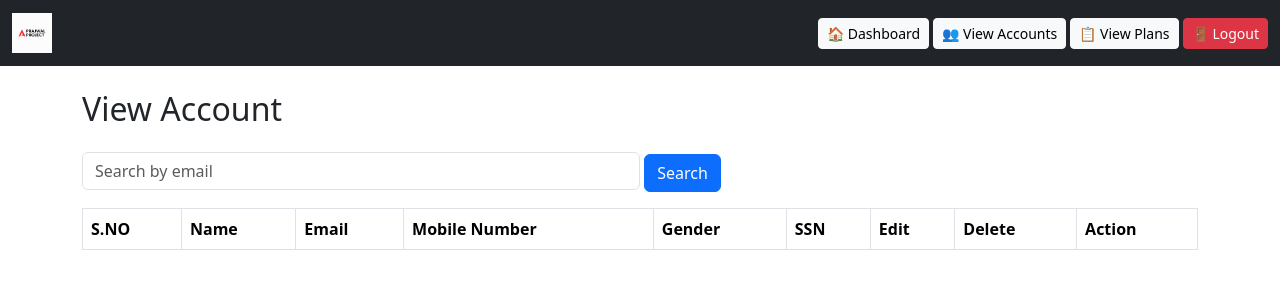
Repository: PRAJWALSINKAR/Spring_boot_Major_Projects
Page: http://localhost/view-caseworkers
The author's editor kept a copy of each file at every save. The page is drawn from the files as they stood at one save, then again after the next save.
The browser window is 1280 px wide. The pictures show the whole page.
The page is this project's Thymeleaf template; nobody is signed in. The template is opened directly, without the code that normally fills it, so the values that code supplies are empty.

Above is the page before, as saved 2025-08-06 18:40:02.

### IES-Integrated_Eligibility_system/src/main/resources/templates/view-caseworkers.html
<!DOCTYPE html>
<html xmlns:th="http://www.thymeleaf.org">
<head>
    <title>View Caseworkers</title>
    <link rel="stylesheet" href="https://cdn.jsdelivr.net/npm/bootstrap@5.3.2/dist/css/bootstrap.min.css"/>
</head>
<body>
<nav class="navbar navbar-expand-lg navbar-dark bg-dark mb-4">
    <div class="container-fluid">
        <a class="navbar-brand" href="#">
            <img th:src="@{/images/myName-Logo.png}" alt="Logo" width="40" height="40"/>
        </a>
        <div class="ms-auto">
            <a href="/dashboard" class="btn btn-light btn-sm">🏠 Dashboard</a>
            <a th:href="@{/caseworker/view}" class="btn btn-light btn-sm">👥 View Accounts</a>
            <a th:href="@{/plan/view}" class="btn btn-light btn-sm">📋 View Plans</a>
            <a href="/logout" class="btn btn-danger btn-sm">🚪 Logout</a>
        </div>
    </div>
</nav>

<div class="container mt-4">
    <h2 class="mb-4">View Account</h2>

    <form method="get" th:action="@{/caseworker/view}" class="mb-3">
        <input type="text" name="email" placeholder="Search by email" class="form-control w-50 d-inline"/>
        <button type="submit" class="btn btn-primary">Search</button>
    </form>

    <table class="table table-bordered table-striped">
        <thead>
            <tr>
                <th>S.NO</th>
                <th>Name</th>
                <th>Email</th>
                <th>Mobile Number</th>
                <th>Gender</th>
                <th>SSN</th>
                <th>Edit</th>
                <th>Delete</th>
                <th>Action</th>
            </tr>
        </thead>
        <tbody>
            <tr th:each="worker, iterStat : ${caseworkers}">
                <td th:text="${iterStat.count}"></td>
                <td th:text="${worker.name}"></td>
                <td th:text="${worker.email}"></td>
                <td th:text="${worker.phoneNumber}"></td>
                <td th:text="${worker.gender}"></td>
                <td th:text="${worker.ssn}"></td>
                <td>
                    <a th:href="@{'/caseworker/edit/' + ${worker.id}}" class="btn btn-primary btn-sm">
                        ✏️
                    </a>
                </td>
                <td>
                    <a th:href="@{'/caseworker/delete/' + ${worker.id}}" class="btn btn-danger btn-sm"
                       onclick="return confirm('Are you sure you want to permanently delete this caseworker?');">
                        🗑
                    </a>
                </td>
                <td>
                    <a th:if="${worker.accStatus == 'ACTIVE'}"
                       th:href="@{'/caseworker/toggle-status/' + ${worker.id}}"
                       class="btn btn-danger btn-sm">❌</a>

                    <a th:if="${worker.accStatus != 'ACTIVE'}"
                       th:href="@{'/caseworker/toggle-status/' + ${worker.id}}"
                       class="btn btn-success btn-sm">✅</a>
                </td>
            </tr>
        </tbody>
    </table>
</div>
</body>
</html>

After the next save:
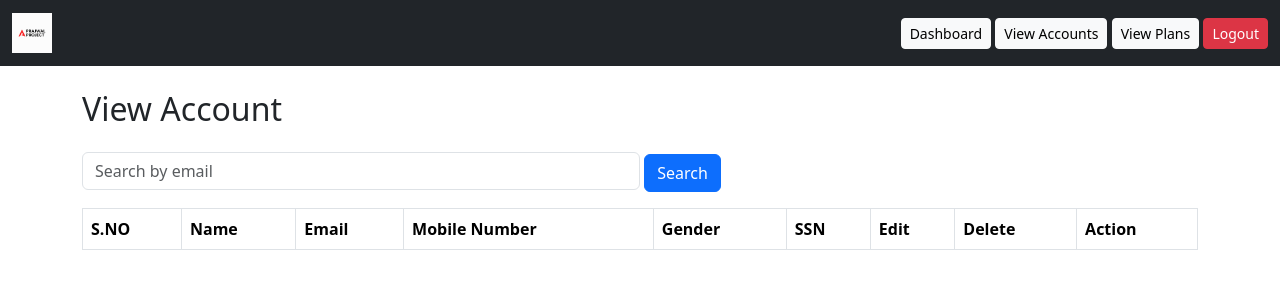
Saved 23 s later.
--- a/IES-Integrated_Eligibility_system/src/main/resources/templates/view-caseworkers.html
+++ b/IES-Integrated_Eligibility_system/src/main/resources/templates/view-caseworkers.html
@@ -11,10 +11,10 @@
             <img th:src="@{/images/myName-Logo.png}" alt="Logo" width="40" height="40"/>
         </a>
         <div class="ms-auto">
-            <a href="/dashboard" class="btn btn-light btn-sm">🏠 Dashboard</a>
-            <a th:href="@{/caseworker/view}" class="btn btn-light btn-sm">👥 View Accounts</a>
-            <a th:href="@{/plan/view}" class="btn btn-light btn-sm">📋 View Plans</a>
-            <a href="/logout" class="btn btn-danger btn-sm">🚪 Logout</a>
+            <a href="/dashboard" class="btn btn-light btn-sm">Dashboard</a>
+            <a th:href="@{/caseworker/view}" class="btn btn-light btn-sm">View Accounts</a>
+            <a th:href="@{/plan/view}" class="btn btn-light btn-sm">View Plans</a>
+            <a href="/logout" class="btn btn-danger btn-sm">Logout</a>
         </div>
     </div>
 </nav>
